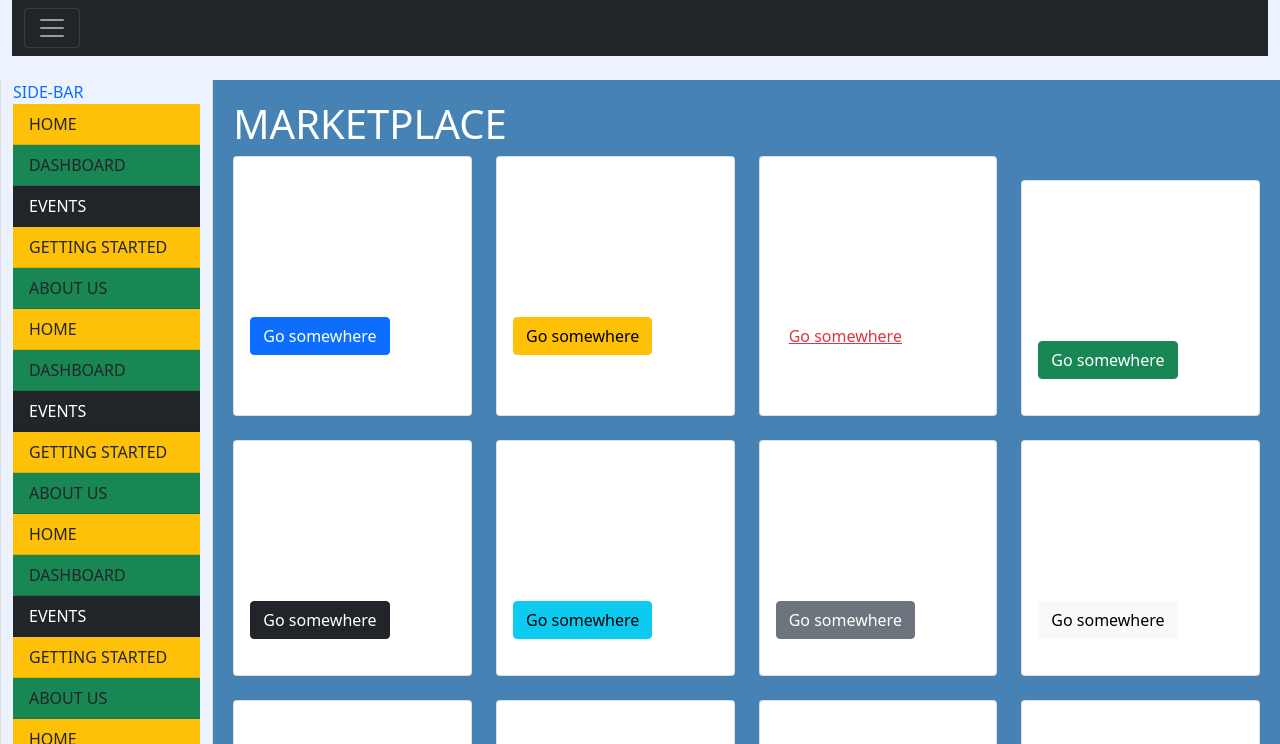
Repository: Dayvid0/BOOTSTRAP-TUTORIALS
Page: cosmos.example.html
An editor plug-in stored every save of this project. The page is shown before and after the next save, followed by the edit.
The browser window is 1280 px wide. The pictures show the whole page.
An inner scrolling area shows only its first screen.

Above is the page before, as saved 2025-01-29 12:55:20.

After the next save:
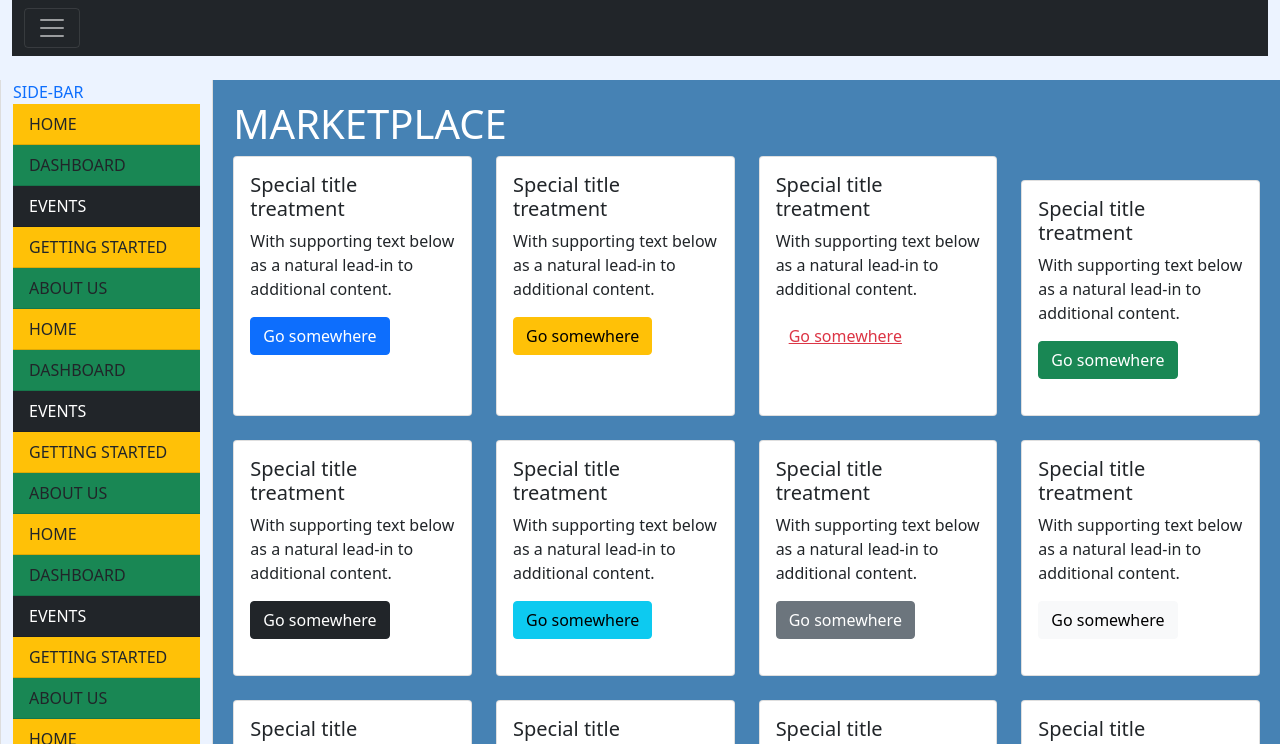
Saved 38 s later.
--- a/cosmos.example.html
+++ b/cosmos.example.html
@@ -82,8 +82,8 @@
           </ul>
         </div>
         <!-- Main Content -->
-        <div class="main-content col-md-10 text-white ">
-          <h1 class=""  >MARKETPLACE</h1>
+        <div class="main-content col-md-10  ">
+          <h1 class="text-white"  >MARKETPLACE</h1>
           <div class="row">
             <!-- Card 1 -->
             <div class="col-md-4 col-lg-3 col-sm-6">
